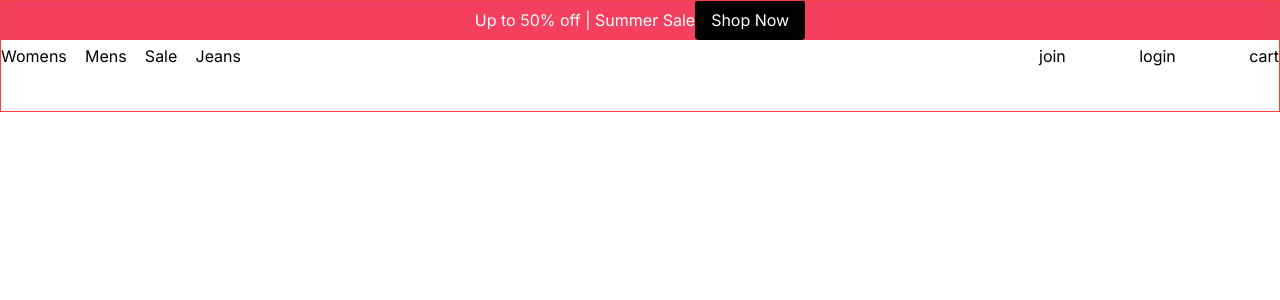
Repository: harrywebb21/stil-clothing
Page: /
These files come from the project's save history. The page is drawn as it stood at one moment and after the next save; the edit follows.
The browser window is 1280 px wide. The pictures show the whole page.
The project was rebuilt for these pictures with package versions that can differ from the ones it lists, and the page was loaded fresh each time. The framework's server and built-in components were replaced by stand-ins that run in the browser. Also part of the build but not shown: next.config.js.

Above is the page before, as saved 2023-06-08 15:54:17.

After the next save:
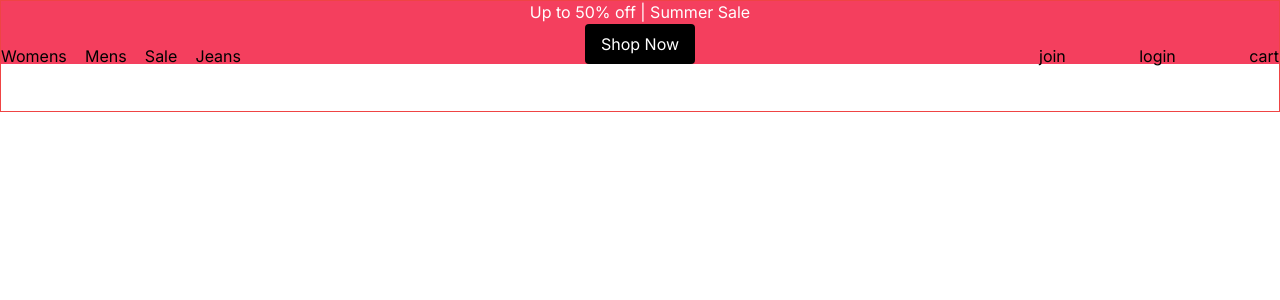
Saved 11 s later.
--- a/src/app/components/SaleBox.js
+++ b/src/app/components/SaleBox.js
@@ -1,6 +1,6 @@
 export default function SaleBox() {
   return (
-    <div className="flex justify-center items-center w-60 bg-rose-500 text-white w-screen ">
+    <div className="flex flex-col justify-center items-center w-60 bg-rose-500 text-white w-screen ">
       <h1> Up to 50% off | Summer Sale</h1>
       <button className="bg-black text-white px-4 py-2 rounded">
         Shop Now
